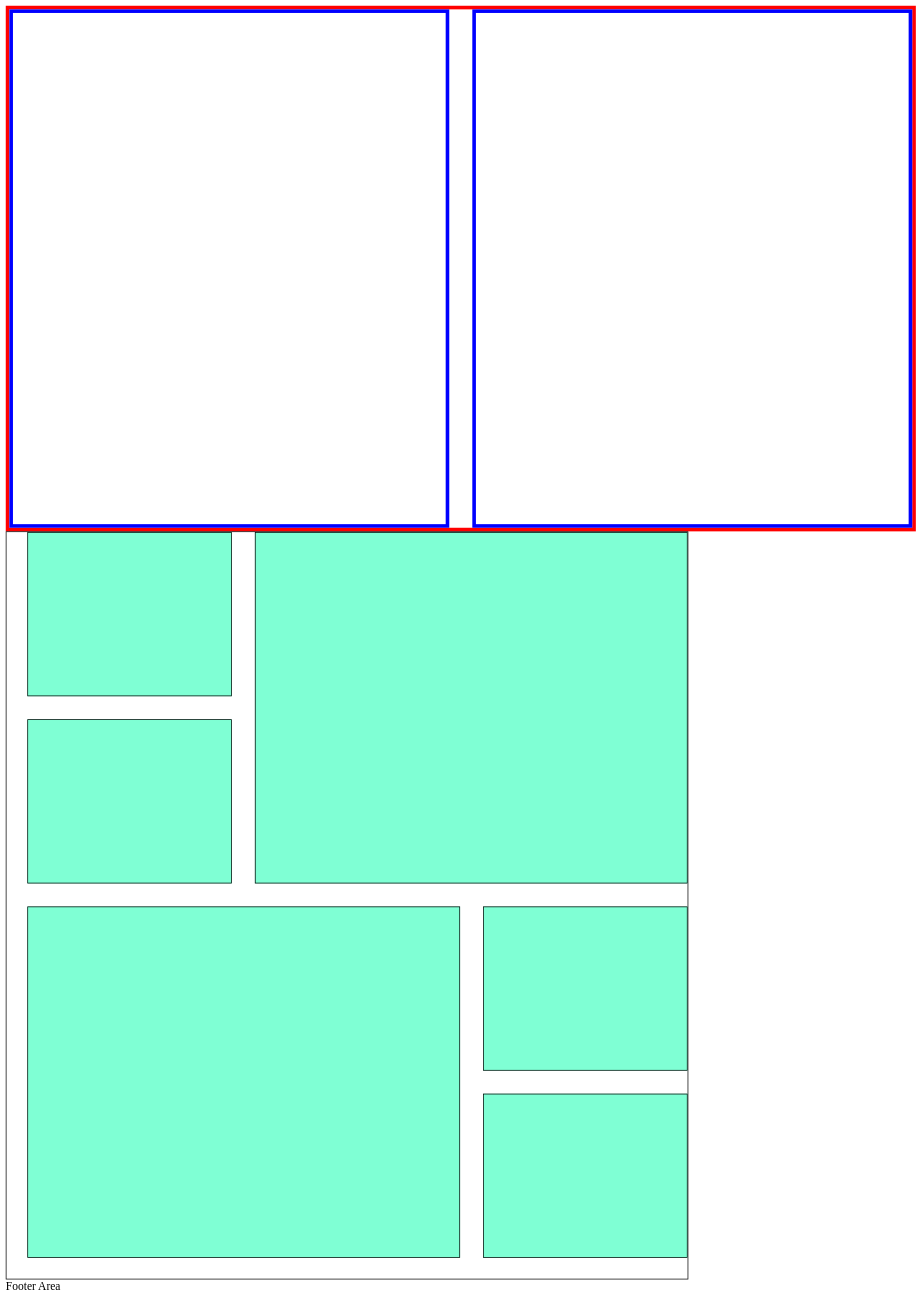
Repository: BwesewB/Brutalist-Website
Page: /
The author's editor kept a copy of each file at every save. The page is drawn from the files as they stood at one save, then again after the next save.
The browser window is 1280 px wide. The pictures show the whole page, at 72% of full size.
The project was rebuilt for these pictures with package versions that can differ from the ones it lists, and the page was loaded fresh each time. The framework's server and built-in components were replaced by stand-ins that run in the browser. Also part of the build but not shown: next.config.mjs.

Above is the page before, as saved 2024-02-03 17:15:06.

After the next save:
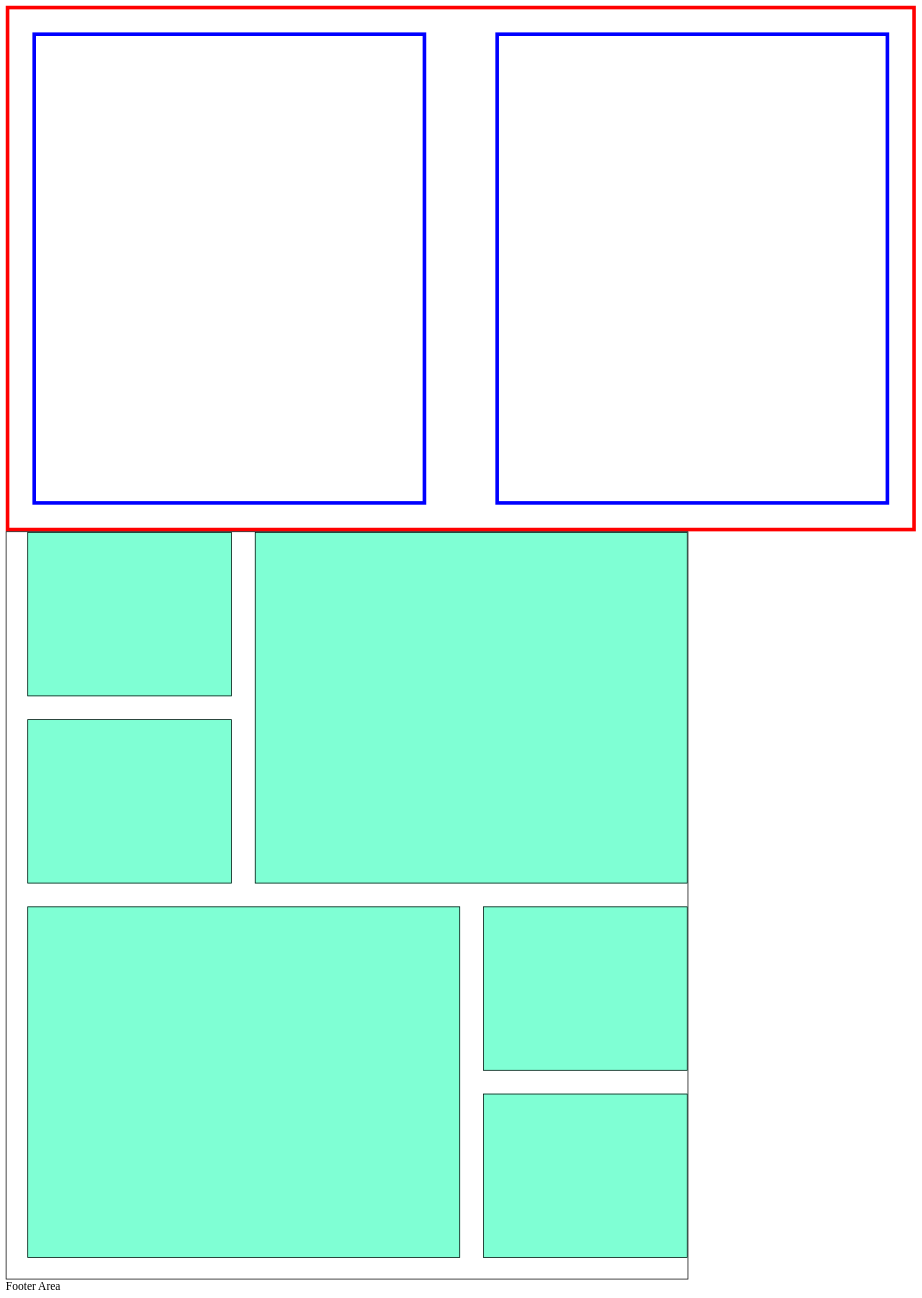
Saved 5 s later.
--- a/styles/Home.module.css
+++ b/styles/Home.module.css
@@ -26,7 +26,7 @@
 }
 .graphic, .inputArea{
   border: 5px solid blue;
-  padding:2rem;
+  margin:2rem;
 }
 .graphic{
   grid-column: 1/2;
